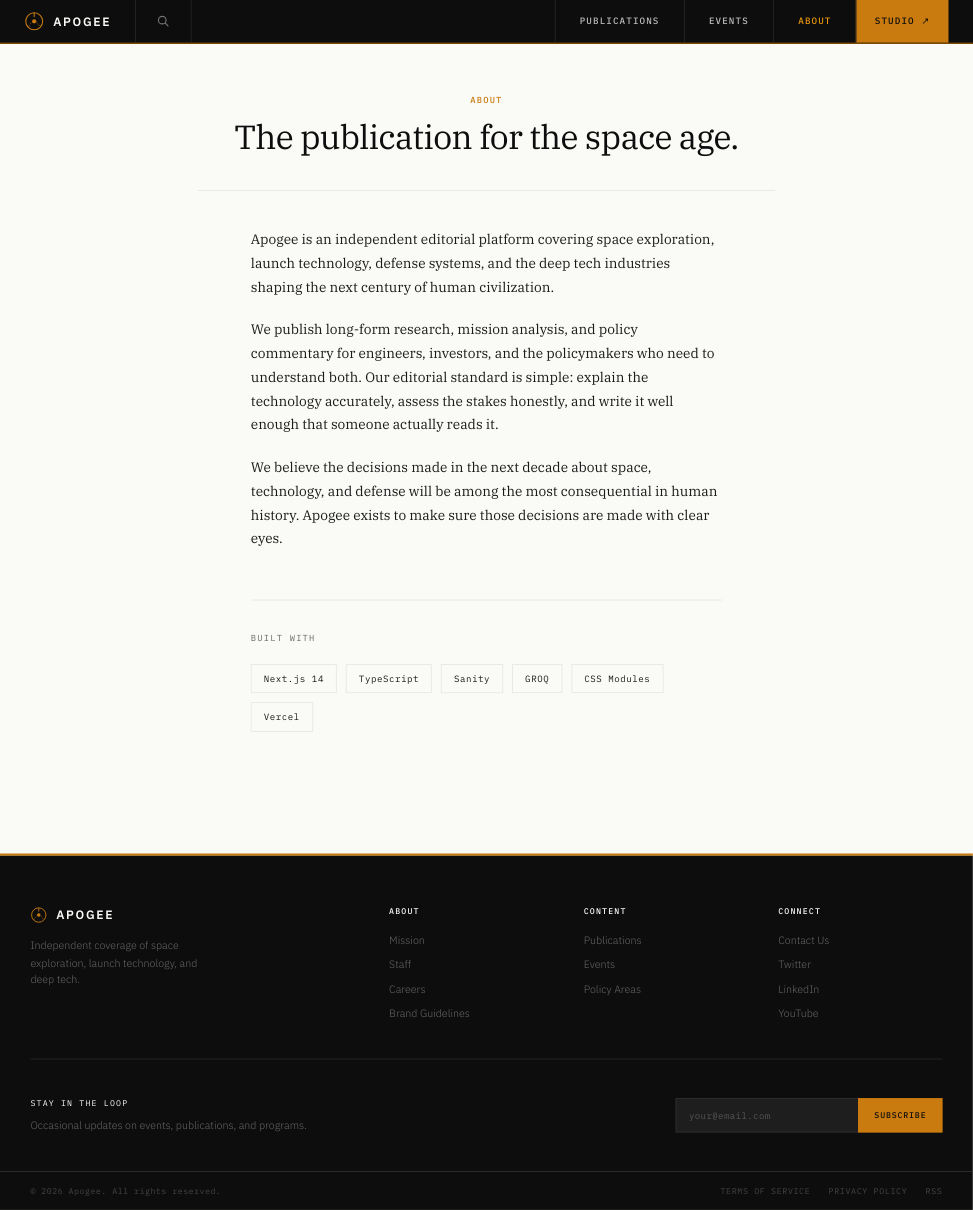
Repository: aricmoore/apogee
Page: /about
An editor plug-in stored every save of this project. The page is shown before and after the next save, followed by the edit.
The browser window is 1280 px wide. The pictures show the whole page, at 76% of full size.
The project was rebuilt for these pictures with package versions that can differ from the ones it lists, and the page was loaded fresh each time. The framework's server and built-in components were replaced by stand-ins that run in the browser. Also part of the build but not shown: next.config.ts.

Above is the page before, as saved 2026-04-13 12:17:33.

### src/app/layout.tsx
import type { Metadata } from 'next'
import '@/app/globals.css'
import Nav from '@/components/Nav'
import Footer from '@/components/Footer'

export const metadata: Metadata = {
  title: 'Apogee',
  description: 'Space & Deep Tech',
}

export default function RootLayout({ children }: { children: React.ReactNode }) {
  return (
    <html lang="en">
      <body>
        <Nav />
        <main>{children}</main>
        <Footer />
      </body>
    </html>
  )
}

### src/app/about/page.tsx
import styles from './page.module.css'

export default function AboutPage() {
  return (
    <div className={styles.page}>
      <div className="container">
        <div className={styles.header}>
          <span className={styles.label}>About</span>
          <h1 className={styles.title}>The publication for the space age.</h1>
        </div>
        <div className={styles.body}>
          <p>Apogee is an independent editorial platform covering space exploration, launch technology, defense systems, and the deep tech industries shaping the next century of human civilization.</p>
          <p>We publish long-form research, mission analysis, and policy commentary for engineers, investors, and the policymakers who need to understand both. Our editorial standard is simple: explain the technology accurately, assess the stakes honestly, and write it well enough that someone actually reads it.</p>
          <p>We believe the decisions made in the next decade about space, technology, and defense will be among the most consequential in human history. Apogee exists to make sure those decisions are made with clear eyes.</p>
        </div>
        <div className={styles.stack}>
          <span className={styles.stackLabel}>Built with</span>
          <div className={styles.stackGrid}>
            {['Next.js 14', 'TypeScript', 'Sanity', 'GROQ', 'CSS Modules', 'Vercel'].map(item => (
              <div key={item} className={styles.stackItem}>{item}</div>
            ))}
          </div>
        </div>
      </div>
    </div>
  )
}

### src/app/globals.css
@import url('https://fonts.googleapis.com/css2?family=Bebas+Neue&family=IBM+Plex+Serif:ital,wght@0,400;0,500;1,400&family=IBM+Plex+Mono:wght@400;500&family=IBM+Plex+Sans:wght@300;400;500;600&display=swap');

:root {
  --amber:       #C97B10;
  --amber-light: #E8960A;
  --amber-dim:   #7A4A05;
  --black:       #0D0D0D;
  --white:       #FAFAF7;
  --stone:       #C8C8C4;
  --ink:         #1A1A1A;
  --muted:       #6A6A66;
  --faint:       #E4E4E0;
  --bg:          #FAFAF7;
  --accent:      #C97B10;

  --font-display: 'Bebas Neue', 'Arial Narrow', sans-serif;
  --font-serif:   'IBM Plex Serif', Georgia, serif;
  --font-mono:    'IBM Plex Mono', 'Courier New', monospace;
  --font-sans:    'IBM Plex Sans', system-ui, sans-serif;

  --text-xs:   0.75rem;
  --text-sm:   0.875rem;
  --text-base: 1rem;
  --text-lg:   1.125rem;
  --text-xl:   1.25rem;
  --text-2xl:  1.5rem;
  --text-3xl:  2rem;
  --text-4xl:  2.75rem;
  --text-5xl:  3.5rem;
  --text-6xl:  5rem;
  --text-7xl:  7rem;

  --space-1:  0.25rem;
  --space-2:  0.5rem;
  --space-3:  0.75rem;
  --space-4:  1rem;
  --space-5:  1.25rem;
  --space-6:  1.5rem;
  --space-8:  2rem;
  --space-10: 2.5rem;
  --space-12: 3rem;
  --space-16: 4rem;
  --space-20: 5rem;
  --space-24: 6rem;

  --max-w:         1280px;
  --leading-tight: 1.0;
  --leading-snug:  1.25;
  --leading-body:  1.72;
  --measure:       66ch;
  --ease:          cubic-bezier(0.16, 1, 0.3, 1);
}

*, *::before, *::after { box-sizing: border-box; margin: 0; padding: 0; }

html { font-size: 16px; -webkit-font-smoothing: antialiased; -moz-osx-font-smoothing: grayscale; }

body {
  background: var(--bg);
  color: var(--ink);
  font-family: var(--font-sans);
  font-size: var(--text-base);
  line-height: var(--leading-body);
  font-weight: 400;
}

a { color: inherit; text-decoration: none; }
img { display: block; max-width: 100%; }
button { cursor: pointer; border: none; background: none; font: inherit; }

.container {
  width: 100%;
  max-width: var(--max-w);
  margin: 0 auto;
  padding: 0 var(--space-10);
}

.label {
  font-family: var(--font-mono);
  font-size: 0.72rem;
  font-weight: 500;
  letter-spacing: 0.12em;
  text-transform: uppercase;
  color: var(--muted);
}

.rule        { border: none; border-top: 1px solid var(--faint); }
.rule--heavy { border-top: 2px solid var(--black); }

### src/components/Nav.tsx
'use client'
import Link from 'next/link'
import { usePathname } from 'next/navigation'
import { useState } from 'react'
import styles from './Nav.module.css'

function ApogeeIcon() {
  return (
    <svg width="26" height="26" viewBox="0 0 28 28" fill="none" xmlns="http://www.w3.org/2000/svg" aria-hidden="true">
      <circle cx="14" cy="14" r="12" stroke="#C97B10" strokeWidth="1.5" fill="none"/>
      <circle cx="14" cy="14" r="3" fill="#C97B10"/>
      <line x1="14" y1="2" x2="14" y2="8" stroke="#C97B10" strokeWidth="1.5"/>
      <path d="M 6 22 Q 14 6 22 22" stroke="#C97B10" strokeWidth="1" fill="none" strokeDasharray="2 2"/>
    </svg>
  )
}

const links = [
  { label: 'Publications', href: '/' },
  { label: 'Events', href: '/events' },
  { label: 'About', href: '/about' },
]

export default function Nav() {
  const [menuOpen, setMenuOpen] = useState(false)
  const [searchOpen, setSearchOpen] = useState(false)
  const [query, setQuery] = useState('')
  const pathname = usePathname()

  const handleSearch = (e: React.FormEvent) => {
    e.preventDefault()
    if (query.trim()) {
      setSearchOpen(false)
      setQuery('')
    }
  }

  const isActive = (href: string) => {
    if (href === '/') return pathname === '/' || pathname.startsWith('/article')
    return pathname === href
  }

  return (
    <header className={styles.header}>
      <div className={styles.inner}>
        <Link href="/" className={styles.wordmark} onClick={() => setMenuOpen(false)}>
          <ApogeeIcon />
          <span className={styles.wordmarkText}>Apogee</span>
        </Link>

        <div className={styles.searchWrap}>
          {searchOpen ? (
            <form onSubmit={handleSearch} className={styles.searchForm}>
              <input
                autoFocus
                type="text"
                value={query}
                onChange={e => setQuery(e.target.value)}
                placeholder="Search articles..."
                className={styles.searchInput}
                aria-label="Search"
              />
              <button
                type="button"
                className={styles.searchClose}
                onClick={() => { setSearchOpen(false); setQuery('') }}
              >
                ✕
              </button>
            </form>
          ) : (
            <button
              className={styles.searchBtn}
              onClick={() => setSearchOpen(true)}
              aria-label="Open search"
            >
              <svg width="16" height="16" viewBox="0 0 16 16" fill="none" aria-hidden="true">
                <circle cx="6.5" cy="6.5" r="5" stroke="#BBBBBB" strokeWidth="1.5"/>
                <line x1="10.5" y1="10.5" x2="14" y2="14" stroke="#BBBBBB" strokeWidth="1.5" strokeLinecap="round"/>
              </svg>
            </button>
          )}
        </div>

        <nav className={styles.links} aria-label="Main navigation">
          {links.map(l => (
            <Link
              key={l.label}
              href={l.href}
              className={`${styles.link} ${isActive(l.href) ? styles.linkActive : ''}`}
            >
              {l.label}
            </Link>
          ))}
          <Link href="/studio" className={styles.studio}>Studio ↗</Link>
        </nav>

        <button
          className={styles.burger}
          onClick={() => setMenuOpen(o => !o)}
          aria-label={menuOpen ? 'Close menu' : 'Open menu'}
          aria-expanded={menuOpen}
        >
          <span className={`${styles.burgerLine} ${menuOpen ? styles.burgerTop : ''}`} />
          <span className={`${styles.burgerLine} ${menuOpen ? styles.burgerMid : ''}`} />
          <span className={`${styles.burgerLine} ${menuOpen ? styles.burgerBot : ''}`} />
        </button>
      </div>

      {menuOpen && (
        <div className={styles.overlay}>
          <nav className={styles.overlayLinks}>
            {links.map(l => (
              <Link
                key={l.label}
                href={l.href}
                className={`${styles.overlayLink} ${isActive(l.href) ? styles.overlayLinkActive : ''}`}
                onClick={() => setMenuOpen(false)}
              >
                {l.label}
              </Link>
            ))}
            <Link
              href="/studio"
              className={styles.overlayLink}
              onClick={() => setMenuOpen(false)}
            >
              Studio ↗
            </Link>
          </nav>
        </div>
      )}
    </header>
  )
}

### src/components/Footer.tsx
import Link from 'next/link'
import styles from './Footer.module.css'

function ApogeeIcon() {
  return (
    <svg width="22" height="22" viewBox="0 0 28 28" fill="none" xmlns="http://www.w3.org/2000/svg" aria-hidden="true">
      <circle cx="14" cy="14" r="12" stroke="#C97B10" strokeWidth="1.5" fill="none"/>
      <circle cx="14" cy="14" r="3" fill="#C97B10"/>
      <line x1="14" y1="2" x2="14" y2="8" stroke="#C97B10" strokeWidth="1.5"/>
      <path d="M 6 22 Q 14 6 22 22" stroke="#C97B10" strokeWidth="1" fill="none" strokeDasharray="2 2"/>
    </svg>
  )
}

export default function Footer() {
  return (
    <footer className={styles.footer}>
      <div className={styles.top}>
        <div className="container">
          <div className={styles.grid}>
            <div className={styles.brand}>
              <div className={styles.wordmarkWrap}>
                <ApogeeIcon />
                <span className={styles.wordmark}>Apogee</span>
              </div>
              <p className={styles.tagline}>Independent coverage of space exploration, launch technology, and deep tech.</p>
            </div>
            <div className={styles.col}>
              <span className={styles.colLabel}>About</span>
              <Link href="/about" className={styles.colLink}>Mission</Link>
              <Link href="/about" className={styles.colLink}>Staff</Link>
              <Link href="/about" className={styles.colLink}>Careers</Link>
              <Link href="/about" className={styles.colLink}>Brand Guidelines</Link>
            </div>
            <div className={styles.col}>
              <span className={styles.colLabel}>Content</span>
              <Link href="/" className={styles.colLink}>Publications</Link>
              <Link href="/events" className={styles.colLink}>Events</Link>
              <Link href="/" className={styles.colLink}>Policy Areas</Link>
            </div>
            <div className={styles.col}>
              <span className={styles.colLabel}>Connect</span>
              <Link href="/" className={styles.colLink}>Contact Us</Link>
              <Link href="/" className={styles.colLink}>Twitter</Link>
              <Link href="/" className={styles.colLink}>LinkedIn</Link>
              <Link href="/" className={styles.colLink}>YouTube</Link>
            </div>
          </div>

          <div className={styles.subscribe}>
            <span className={styles.subscribeLabel}>Stay in the loop</span>
            <p className={styles.subscribeSub}>Occasional updates on events, publications, and programs.</p>
            <div className={styles.subscribeForm}>
              <input
                type="email"
                placeholder="your@email.com"
                className={styles.input}
                aria-label="Email address"
              />
              <button className={styles.subscribeBtn}>Subscribe</button>
            </div>
          </div>
        </div>
      </div>

      <div className={styles.bottom}>
        <div className="container">
          <div className={styles.bottomInner}>
            <span className={styles.copy}>© 2026 Apogee. All rights reserved.</span>
            <div className={styles.bottomLinks}>
              <Link href="/" className={styles.bottomLink}>Terms of Service</Link>
              <Link href="/" className={styles.bottomLink}>Privacy Policy</Link>
              <Link href="/" className={styles.bottomLink}>RSS</Link>
            </div>
          </div>
        </div>
      </div>
    </footer>
  )
}

### src/app/about/page.module.css
.page {
  padding: var(--space-16) 0 var(--space-24);
}

.header {
  max-width: 760px;
  margin: 0 auto var(--space-12);
  text-align: center;
  padding-bottom: var(--space-12);
  border-bottom: 1px solid var(--faint);
}

.label {
  font-family: var(--font-mono);
  font-size: 0.72rem;
  font-weight: 500;
  letter-spacing: 0.14em;
  text-transform: uppercase;
  color: var(--amber);
  display: block;
  margin-bottom: var(--space-4);
}

.title {
  font-family: var(--font-serif);
  font-size: var(--text-4xl);
  font-weight: 400;
  line-height: var(--leading-tight);
  letter-spacing: -0.02em;
  color: var(--black);
}

.body {
  max-width: 620px;
  margin: 0 auto var(--space-16);
  font-family: var(--font-serif);
  font-size: var(--text-lg);
  line-height: 1.75;
  color: var(--ink);
}

.body p {
  margin-bottom: var(--space-6);
}

.stack {
  max-width: 620px;
  margin: 0 auto;
  padding-top: var(--space-10);
  border-top: 1px solid var(--faint);
}

.stackLabel {
  font-family: var(--font-mono);
  font-size: 0.72rem;
  letter-spacing: 0.14em;
  text-transform: uppercase;
  color: var(--muted);
  display: block;
  margin-bottom: var(--space-6);
}

.stackGrid {
  display: flex;
  flex-wrap: wrap;
  gap: var(--space-3);
}

.stackItem {
  font-family: var(--font-mono);
  font-size: 0.75rem;
  letter-spacing: 0.06em;
  color: var(--ink);
  border: 1px solid var(--faint);
  padding: var(--space-2) var(--space-4);
  transition: border-color 0.15s, color 0.15s;
}

.stackItem:hover {
  border-color: var(--amber);
  color: var(--amber);
}

### src/components/Footer.module.css
.footer {
  border-top: 3px solid var(--amber);
  margin-top: var(--space-16);
}

.top {
  background: var(--black);
  padding: var(--space-16) 0 var(--space-12);
}

.grid {
  display: grid;
  grid-template-columns: 2fr 1fr 1fr 1fr;
  gap: var(--space-10);
  margin-bottom: var(--space-12);
  padding-bottom: var(--space-12);
  border-bottom: 1px solid #2a2a2a;
}

.brand {}

.wordmarkWrap {
  display: flex;
  align-items: center;
  gap: var(--space-3);
  margin-bottom: var(--space-4);
}

.wordmark {
  font-family: var(--font-sans);
  font-size: 1rem;
  font-weight: 600;
  letter-spacing: 0.14em;
  text-transform: uppercase;
  color: var(--white);
}

.tagline {
  font-family: var(--font-sans);
  font-size: var(--text-sm);
  font-weight: 300;
  line-height: 1.6;
  color: #666;
  max-width: 28ch;
}

.col {
  display: flex;
  flex-direction: column;
  gap: var(--space-2);
}

.colLabel {
  font-family: var(--font-mono);
  font-size: 0.68rem;
  font-weight: 500;
  letter-spacing: 0.14em;
  text-transform: uppercase;
  color: var(--white);
  margin-bottom: var(--space-2);
}

.colLink {
  font-family: var(--font-sans);
  font-size: var(--text-sm);
  font-weight: 300;
  color: #666;
  transition: color 0.15s;
}

.colLink:hover { color: var(--amber); }

.subscribe {
  display: grid;
  grid-template-columns: 1fr auto;
  grid-template-rows: auto auto;
  gap: var(--space-2) var(--space-8);
  align-items: center;
}

.subscribeLabel {
  font-family: var(--font-mono);
  font-size: 0.68rem;
  letter-spacing: 0.14em;
  text-transform: uppercase;
  color: var(--white);
  grid-column: 1;
}

.subscribeSub {
  font-family: var(--font-sans);
  font-size: var(--text-sm);
  font-weight: 300;
  color: #666;
  grid-column: 1;
}

.subscribeForm {
  display: flex;
  grid-column: 2;
  grid-row: 1 / 3;
  align-self: center;
}

.input {
  font-family: var(--font-mono);
  font-size: 0.75rem;
  letter-spacing: 0.04em;
  background: #1e1e1e;
  border: 1px solid #333;
  border-right: none;
  color: var(--white);
  padding: var(--space-3) var(--space-4);
  width: 240px;
  outline: none;
  transition: border-color 0.15s;
}

.input::placeholder { color: #555; }
.input:focus { border-color: var(--amber); }

.subscribeBtn {
  font-family: var(--font-mono);
  font-size: 0.68rem;
  font-weight: 500;
  letter-spacing: 0.1em;
  text-transform: uppercase;
  color: var(--black);
  background: var(--amber);
  border: 1px solid var(--amber);
  padding: var(--space-3) var(--space-5);
  cursor: pointer;
  transition: background 0.15s;
  white-space: nowrap;
}

.subscribeBtn:hover { background: var(--amber-light); border-color: var(--amber-light); }

.bottom {
  background: var(--black);
  border-top: 1px solid #2a2a2a;
  padding: var(--space-4) 0;
}

.bottomInner {
  display: flex;
  justify-content: space-between;
  align-items: center;
}

.copy {
  font-family: var(--font-mono);
  font-size: 0.68rem;
  letter-spacing: 0.06em;
  color: #444;
}

.bottomLinks {
  display: flex;
  gap: var(--space-6);
}

.bottomLink {
  font-family: var(--font-mono);
  font-size: 0.68rem;
  letter-spacing: 0.08em;
  text-transform: uppercase;
  color: #444;
  transition: color 0.15s;
}

.bottomLink:hover { color: var(--amber); }

@media (max-width: 900px) {
  .grid { grid-template-columns: 1fr 1fr; }
  .subscribe { grid-template-columns: 1fr; }
  .subscribeForm { grid-column: 1; grid-row: auto; }
  .input { width: 100%; }
}

@media (max-width: 500px) {
  .grid { grid-template-columns: 1fr; }
  .bottomInner { flex-direction: column; gap: var(--space-3); align-items: flex-start; }
}

Loaded but not shown: src/components/Nav.module.css (213 lines, source omitted)

After the next save:
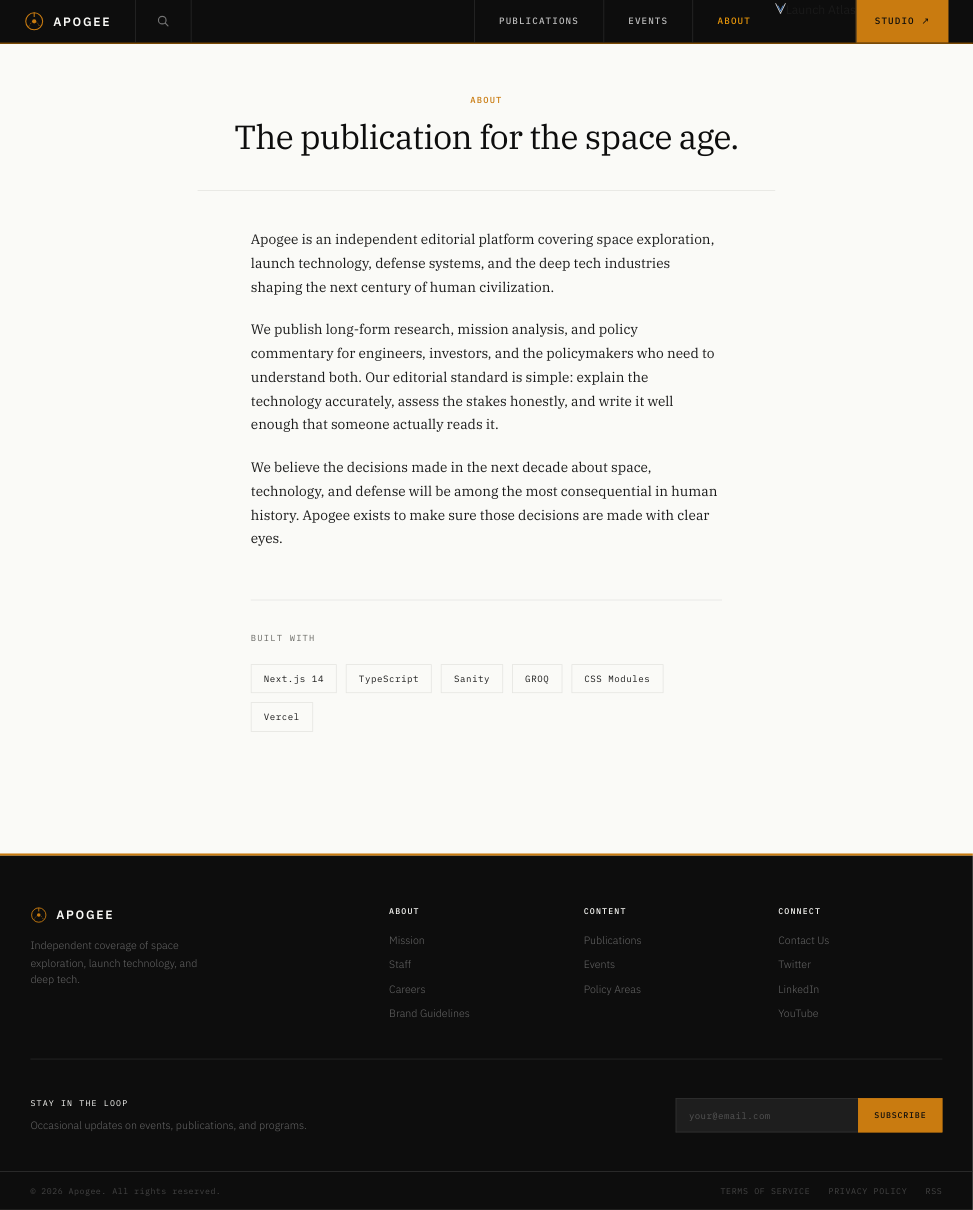
Saved 6 h 24 min later.
--- a/src/components/Nav.tsx
+++ b/src/components/Nav.tsx
@@ -15,11 +15,25 @@ function ApogeeIcon() {
   )
 }
 
+// Launch Atlas A-mark — open triangle with blue inner trails
+function LaunchAtlasIcon() {
+  return (
+    <svg width="14" height="16" viewBox="0 0 44 48" fill="none" xmlns="http://www.w3.org/2000/svg" aria-hidden="true" style={{ flexShrink: 0 }}>
+      <line x1="22" y1="44" x2="2"  y2="4"  stroke="#f4f4f5" strokeWidth="3.5" strokeLinecap="round"/>
+      <line x1="22" y1="44" x2="42" y2="4"  stroke="#f4f4f5" strokeWidth="3.5" strokeLinecap="round"/>
+      <line x1="22" y1="34" x2="12" y2="14" stroke="#60a5fa" strokeWidth="3"   strokeLinecap="round"/>
+      <line x1="22" y1="34" x2="32" y2="14" stroke="#60a5fa" strokeWidth="3"   strokeLinecap="round"/>
+    </svg>
+  )
+}
+
 const links = [
   { label: 'Publications', href: '/' },
   { label: 'Events', href: '/events' },
   { label: 'About', href: '/about' },
 ]
+
+const LAUNCH_ATLAS_URL = 'https://launch-atlas.vercel.app'
 
 export default function Nav() {
   const [menuOpen, setMenuOpen] = useState(false)
@@ -92,6 +106,18 @@ export default function Nav() {
               {l.label}
             </Link>
           ))}
+
+          {/* Launch Atlas tool link */}
+          <a
+            href={LAUNCH_ATLAS_URL}
+            target="_blank"
+            rel="noopener noreferrer"
+            className={styles.launchAtlasLink}
+          >
+            <LaunchAtlasIcon />
+            <span>Launch Atlas</span>
+          </a>
+
           <Link href="/studio" className={styles.studio}>Studio ↗</Link>
         </nav>
 
@@ -120,6 +146,19 @@ export default function Nav() {
                 {l.label}
               </Link>
             ))}
+
+            {/* Launch Atlas in mobile overlay */}
+            <a
+              href={LAUNCH_ATLAS_URL}
+              target="_blank"
+              rel="noopener noreferrer"
+              className={`${styles.overlayLink} ${styles.overlayLaunchAtlas}`}
+              onClick={() => setMenuOpen(false)}
+            >
+              <LaunchAtlasIcon />
+              <span>Launch Atlas</span>
+            </a>
+
             <Link
               href="/studio"
               className={styles.overlayLink}
